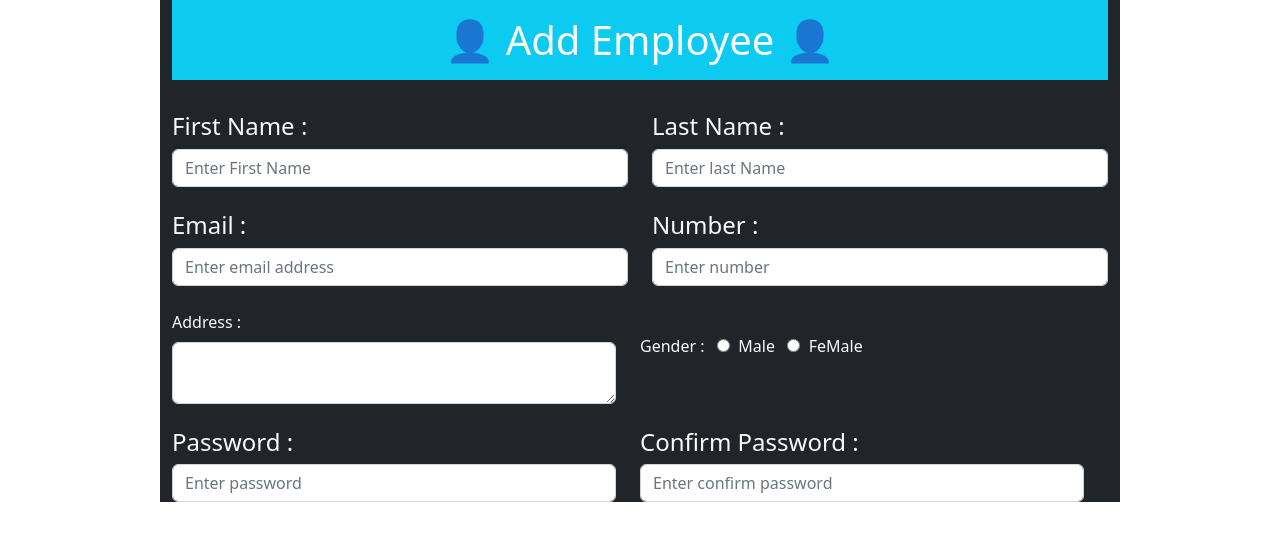
Repository: Rahulkathiriya/java-assignment-and-assesment
Page: http://localhost/web007_assesment_employee_Management_System/addEmployee.jsp
An editor plug-in stored every save of this project. The page is shown before and after the next save, followed by the edit.
The browser window is 1280 px wide. The pictures show the whole page.
The page is served by Tomcat 9.

Above is the page before, as saved 2022-11-17 15:46:15.

After the next save:
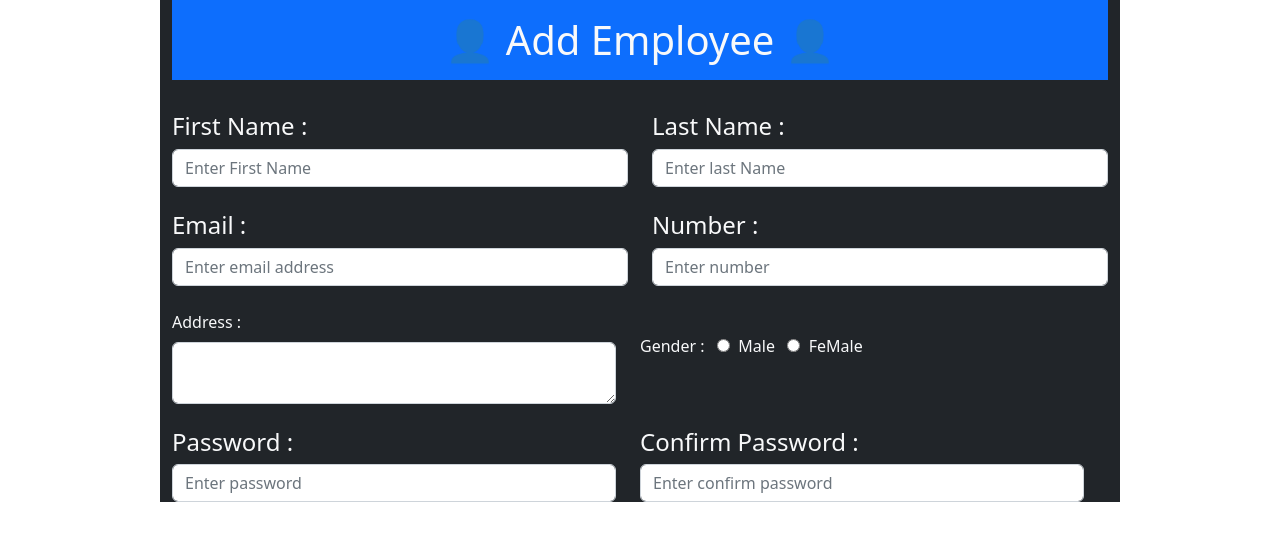
Saved 10 s later.
--- a/web007_assesment_employee_Management_System/src/main/webapp/addEmployee.jsp
+++ b/web007_assesment_employee_Management_System/src/main/webapp/addEmployee.jsp
@@ -32,7 +32,7 @@
 <body>
 
 	<div class="container bg-dark text-light m-auto w-75">
-		<div class="h1 text-center bg-info p-3">👤 Add Employee 👤</div>
+		<div class="h1 text-center bg-primary p-3">👤 Add Employee 👤</div>
 		<br>
 		<div class="row">
 			<div class="col col-sm-12 col-md-6 col-lg-6">
